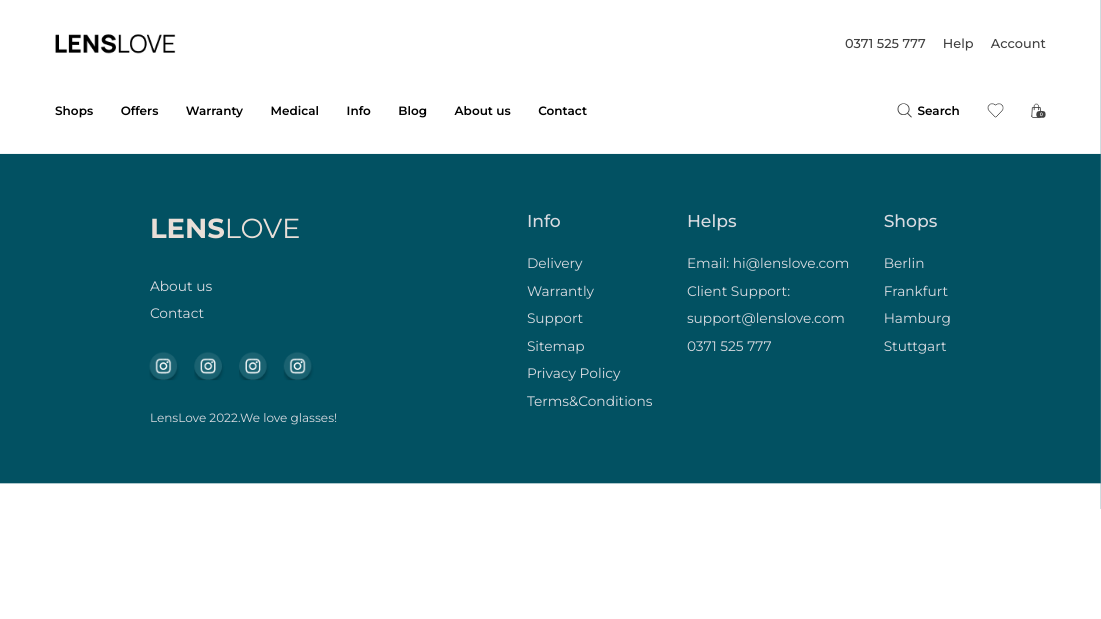
Repository: thienthanhvinh/glasses-react
Page: /shop
These files come from the project's save history. The page is drawn as it stood at one moment and after a run of saves; the edit follows.
The browser window is 1280 px wide. The pictures show the whole page, at 86% of full size.
The project was rebuilt for these pictures with package versions that can differ from the ones it lists, and the page was loaded fresh each time. Also part of the build but not shown: src/App.css, src/components/category/Category.js, src/components/common/Heading.js, src/components/intro/Intro.js, src/modules/GlassesGrid.js, src/modules/GlassesItem.js, src/modules/HeadlineImage.js, src/modules/HeadlineContent.js and 10 more.

Above is the page before, as saved 2023-02-13 20:07:03.

### public/index.html
<!DOCTYPE html>
<html lang="en">
  <head>
    <meta charset="utf-8" />
    <link rel="icon" href="%PUBLIC_URL%/favicon.ico" />
    <meta name="viewport" content="width=device-width, initial-scale=1" />
    <meta name="theme-color" content="#000000" />
    <meta
      name="description"
      content="Web site created using create-react-app"
    />
    <link rel="apple-touch-icon" href="%PUBLIC_URL%/logo192.png" />
    <!--
      manifest.json provides metadata used when your web app is installed on a
      user's mobile device or desktop. See https://developers.google.com/web/fundamentals/web-app-manifest/
    -->
    <link rel="manifest" href="%PUBLIC_URL%/manifest.json" />
    <!--
      Notice the use of %PUBLIC_URL% in the tags above.
      It will be replaced with the URL of the `public` folder during the build.
      Only files inside the `public` folder can be referenced from the HTML.

      Unlike "/favicon.ico" or "favicon.ico", "%PUBLIC_URL%/favicon.ico" will
      work correctly both with client-side routing and a non-root public URL.
      Learn how to configure a non-root public URL by running `npm run build`.
    -->
    <link href="https://fonts.googleapis.com/css2?family=Montserrat:wght@300;400;500;600;700&display=swap" rel="stylesheet">
    <title>React App</title>
  </head>
  <body>
    <noscript>You need to enable JavaScript to run this app.</noscript>
    <div id="root"></div>
    <!--
      This HTML file is a template.
      If you open it directly in the browser, you will see an empty page.

      You can add webfonts, meta tags, or analytics to this file.
      The build step will place the bundled scripts into the <body> tag.

      To begin the development, run `npm start` or `yarn start`.
      To create a production bundle, use `npm run build` or `yarn build`.
    -->
  </body>
</html>

### src/index.js
import React from 'react';
import ReactDOM from 'react-dom/client';
import './index.css';
import App from './App';
import reportWebVitals from './reportWebVitals';
import { BrowserRouter } from 'react-router-dom';
import { ToastContainer, toast } from 'react-toastify';
import 'react-toastify/dist/ReactToastify.css';

const root = ReactDOM.createRoot(document.getElementById('root'));
root.render(
  // <React.StrictMode>
  <BrowserRouter>
    <App />
    <ToastContainer></ToastContainer>
  </BrowserRouter>
  // </React.StrictMode>
);

// If you want to start measuring performance in your app, pass a function
// to log results (for example: reportWebVitals(console.log))
// or send to an analytics endpoint. Learn more: https://bit.ly/CRA-vitals
reportWebVitals();

### src/index.css
/* body {
  margin: 0;
  font-family: -apple-system, BlinkMacSystemFont, 'Segoe UI', 'Roboto', 'Oxygen',
    'Ubuntu', 'Cantarell', 'Fira Sans', 'Droid Sans', 'Helvetica Neue',
    sans-serif;
  -webkit-font-smoothing: antialiased;
  -moz-osx-font-smoothing: grayscale;
}

code {
  font-family: source-code-pro, Menlo, Monaco, Consolas, 'Courier New',
    monospace;
} */

@tailwind base;
@tailwind components;
@tailwind utilities;

body {
  font-family: 'Montserrat', sans-serif;
}
/* .darkmode-input:checked + div .darkmode-spinner {
  transform: translateX(33px);
} */
.active-light {
  transform: translateX(0px);
  transition: all 0.4s;
}
.active-dark {
  transform: translateX(33px);
  transition: all 0.4s;
}

/* .darkmode-input:checked + div {


} */

/* .darkmode-input:checked + div .darkmode-spinner {
  background-color: white;
} */

### src/App.js

import { Route, Routes } from 'react-router-dom';
import './App.css';
import HomePage from './pages/HomePage';
import ShopPage from './pages/ShopPage';
import SignInPage from './pages/SignInPage';
import SignUpPage from './pages/SignUpPage';

function App() {
  return (
    <Routes>
      <Route path='/sign-up' element={<SignUpPage></SignUpPage>}></Route>
      <Route path='/sign-in' element={<SignInPage></SignInPage>}></Route>
      <Route path='/' element={<HomePage></HomePage>}></Route>
      <Route path='/shop' element={<ShopPage></ShopPage>}></Route>
    </Routes>
  );
}

export default App;

### src/pages/ShopPage.js
import React from 'react';
import LayoutGlasses from '../layout/LayoutGlasses';

const ShopPage = () => {
    return (
        <>
            <LayoutGlasses>

            </LayoutGlasses>
        </>
    );
};

export default ShopPage;

### src/modules/Menu.js
import React from "react";
import { Link } from "react-router-dom";
import Navbar from "../components/navbar/Navbar";

const Menu = () => {
  return (
    <div className="py-10 px-16">
      <div className="flex items-center justify-between mb-14">
        <img src="/logo.png" alt="" className="w-[140px] h-auto object-cover" />
        <div className="flex gap-x-5 text-secondary-3 text-[15px] font-medium">
            <span>0371 525 777</span>
            <Link to="/">Help</Link>
            <Link to="/sign-in">Account</Link>
        </div>
      </div>
      <Navbar></Navbar>
    </div>
  );
};

export default Menu;

### src/modules/Footer.js
import React from "react";
import { Link } from "react-router-dom";

const Footer = () => {
  return (
    <div className="bg-primary flex justify-around px-16 py-16 text-gray-white">
      <div className="flex flex-col">
        <h2 className="text-secondary font-extrabold text-[32px] leading-[46px] mb-8">
          LENS<span className="font-normal">LOVE</span>
        </h2>
        <Link to="/about" className="mb-2">
          About us
        </Link>
        <Link to="contact" className="mb-8">
          Contact
        </Link>
        <div className="flex gap-x-4 mb-8">
          <span>
            <img src="/Instagram.png" alt="" />
          </span>
          <span>
            <img src="/Instagram.png" alt="" />
          </span>
          <span>
            <img src="/Instagram.png" alt="" />
          </span>
          <span>
            <img src="/Instagram.png" alt="" />
          </span>
        </div>
        <p className="text-[14px] leading-[24px]">
          LensLove 2022.We love glasses!
        </p>
      </div>
      <div className="flex gap-x-10">
        <div>
          <h3 className="font-medium text-xl mb-6">Info</h3>
          <div className="flex flex-col gap-y-2">
            <p>Delivery</p>
            <p>Warrantly</p>
            <p>Support</p>
            <p>Sitemap</p>
            <p>Privacy Policy</p>
            <p>Terms&Conditions</p>
          </div>
        </div>
        <div>
          <h3 className="font-medium text-xl mb-6">Helps</h3>
          <div className="flex flex-col gap-y-2">
            <p>Email: hi@lenslove.com</p>
            <p>Client Support:</p>
            <p>support@lenslove.com</p>
            <p>0371 525 777</p>
          </div>
        </div>
        <div>
          <h3 className="font-medium text-xl mb-6">Shops</h3>
          <div className="flex flex-col gap-y-2">
            <p>Berlin</p>
            <p>Frankfurt</p>
            <p>Hamburg</p>
            <p>Stuttgart</p>
          </div>
        </div>
      </div>
    </div>
  );
};

export default Footer;

### src/layout/LayoutGlasses.js
import React from 'react';
import Footer from '../modules/Footer';
import Menu from '../modules/Menu';

const LayoutGlasses = ({children}) => {
    return (
        <>
         <Menu></Menu>
            {children}
         <Footer></Footer>
        </>
    );
};

export default LayoutGlasses;

### src/components/navbar/Navbar.js
import React from "react";
import { Link } from "react-router-dom";

const Navbar = () => {
  return (
    <div className="flex">
      <ul className="flex text-sm font-semibold gap-x-8">
        <li>
          <Link to="/shop">Shops</Link>
        </li>
        <li>
          <Link to="/">Offers</Link>
        </li>
        <li>
          <Link to="/">Warranty</Link>
        </li>
        <li>
          <Link to="/">Medical</Link>
        </li>
        <li>
          <Link to="/">Info</Link>
        </li>
        <li>
          <Link to="/">Blog</Link>
        </li>
        <li>
          <Link to="/">About us</Link>
        </li>
        <li>
          <Link to="/">Contact</Link>
        </li>
      </ul>
      <div className="ml-auto flex items-center gap-x-8">
        <div className="flex gap-x-[6px] items-center">
          <svg
            width={18}
            height={17}
            viewBox="0 0 18 17"
            fill="none"
            xmlns="http://www.w3.org/2000/svg"
          >
            <path
              d="M17.153 15.747L12.8535 11.5161C13.9794 10.2929 14.6712 8.67509 14.6712 6.89489C14.6707 3.0867 11.534 0 7.66437 0C3.79477 0 0.658081 3.0867 0.658081 6.89489C0.658081 10.7031 3.79477 13.7898 7.66437 13.7898C9.3363 13.7898 10.8698 13.2115 12.0743 12.2501L16.3905 16.4976C16.6008 16.7047 16.9422 16.7047 17.1525 16.4976C17.3633 16.2904 17.3633 15.9541 17.153 15.747ZM7.66437 12.729C4.39027 12.729 1.7361 10.117 1.7361 6.89489C1.7361 3.67281 4.39027 1.06082 7.66437 1.06082C10.9385 1.06082 13.5926 3.67281 13.5926 6.89489C13.5926 10.117 10.9385 12.729 7.66437 12.729Z"
              fill="#414141"
            />
          </svg>
          <span className="text-sm font-semibold">Search</span>
        </div>
        <span>
          <svg
            width="19"
            height="17"
            viewBox="0 0 19 17"
            fill="none"
            xmlns="http://www.w3.org/2000/svg"
          >
            <path
              d="M2.14414 8.80841C0.111678 6.47788 0.614575 3.72661 2.23686 2.03652C3.85628 0.349414 6.5587 -0.245866 8.98238 1.79479L8.98243 1.79483C9.37299 2.12358 9.93842 2.1081 10.3148 1.781L10.3148 1.78097C12.5442 -0.15713 15.2905 0.329246 16.9821 1.956C17.8273 2.76872 18.3905 3.85299 18.4856 5.03784C18.5799 6.21232 18.2175 7.5254 17.1436 8.81679L10.2601 16.0112C9.92623 16.3602 9.36908 16.3602 9.03526 16.0113L2.14414 8.80841Z"
              stroke="#414141"
            />
          </svg>
        </span>
        <span>
          <svg
            width="17"
            height="18"
            viewBox="0 0 17 18"
            fill="none"
            xmlns="http://www.w3.org/2000/svg"
          >
            <path
              d="M0.672966 15.0244L1.47201 5.03632H10.653L11.452 15.0244C11.5228 15.9093 10.8238 16.6665 9.93602 16.6665H2.18895C1.30121 16.6665 0.602173 15.9093 0.672966 15.0244Z"
              stroke="#414141"
              stroke-linecap="round"
              stroke-linejoin="round"
            />
            <path
              d="M3.58252 7.56769V3.52604C3.58252 2.68402 4.08773 1 6.10856 1C8.12938 1 8.63459 2.68402 8.63459 3.52604V7.56769"
              stroke="#414141"
              stroke-linecap="round"
              stroke-linejoin="round"
            />
            <rect x="6" y="9" width="11" height="8" rx="4" fill="#414141" />
            <path
              d="M11.8424 15.084C11.5568 15.084 11.3048 15.0233 11.0864 14.902C10.868 14.7788 10.6972 14.608 10.574 14.3896C10.4527 14.1712 10.392 13.9192 10.392 13.6336V12.3344C10.392 12.0488 10.4527 11.7968 10.574 11.5784C10.6972 11.36 10.868 11.1901 11.0864 11.0688C11.3048 10.9456 11.5568 10.884 11.8424 10.884C12.128 10.884 12.3791 10.9456 12.5956 11.0688C12.814 11.1901 12.9848 11.36 13.108 11.5784C13.2312 11.7968 13.2928 12.0488 13.2928 12.3344V13.6336C13.2928 13.9192 13.2312 14.1712 13.108 14.3896C12.9848 14.608 12.814 14.7788 12.5956 14.902C12.3791 15.0233 12.128 15.084 11.8424 15.084ZM11.8424 14.4428C11.9843 14.4428 12.1131 14.4092 12.2288 14.342C12.3445 14.2729 12.436 14.1815 12.5032 14.0676C12.5704 13.9519 12.604 13.8231 12.604 13.6812V12.284C12.604 12.1403 12.5704 12.0115 12.5032 11.8976C12.436 11.7819 12.3445 11.6904 12.2288 11.6232C12.1131 11.5541 11.9843 11.5196 11.8424 11.5196C11.7005 11.5196 11.5717 11.5541 11.456 11.6232C11.3403 11.6904 11.2488 11.7819 11.1816 11.8976C11.1144 12.0115 11.0808 12.1403 11.0808 12.284V13.6812C11.0808 13.8231 11.1144 13.9519 11.1816 14.0676C11.2488 14.1815 11.3403 14.2729 11.456 14.342C11.5717 14.4092 11.7005 14.4428 11.8424 14.4428Z"
              fill="white"
            />
          </svg>
        </span>
      </div>
    </div>
  );
};

export default Navbar;

### tailwind.config.js
/** @type {import('tailwindcss').Config} */
module.exports = {
  content: [
    "./src/**/*.{js,jsx,ts,tsx}",
  ],
  darkMode: 'class',
  theme: {
    extend: {
      colors: {
        'color-1': "#808191",
        'color-2': "#2d3436",
        'primary' : '#025162',
        'secondary': '#EADFD8',
        'secondary-3': '#414141',
        'tertiary' : '#E75313',
        'lens': '#D4E1F4',
        'gray-white': '#D9DBE1',
        'dark-text-primary': '#dfe6e9',
        'dark-color' : '#4e4f50',
        'dark-secon-color': '#2d3436',
        'dark-third-color': '#3a3a3a',
        'dark-four-color' : '#242526',
        'dark-five-color' : '#3A3A3A',

      }
    },
  },
  plugins: [],
}

### src/components/sales/SpringSales.js
import React from 'react';
import Button from '../button/Button';

const SpringSales = () => {
    return (
        <div className='bg-secondary h-[700px] w-full flex items-center justify-between'>
            <div className='ml-[112px]'>
                <h2 className='text-primary text-[70px] font-extrabold leading-[98px]'>Spring Sale</h2>
                <p className='text-primary text-[50px] font-medium leading-[68px] mb-[48px]'>Up to -40%</p>
                <Button className='text-white bg-primary rounded-lg px-8 py-2 text-lg'>See offer</Button>
            </div>
            <div className='h-[700px]'>
                <img src="/photo1.png" alt="" className='w-full h-auto object-cover' />
            </div>
        </div>
    );
};

export default SpringSales;

### src/components/button/Button.js
import React from 'react';

const Button = ({type, children, className=''}) => {
    return (
        <button type='submit' className={`bg-primary text-white ${className} rounded-lg px-3 py-3 font-medium`}>
            {children}
        </button>
    );
};

export default Button;

Loaded but not shown: src/reportWebVitals.js (common file)

After the next 4 saves:
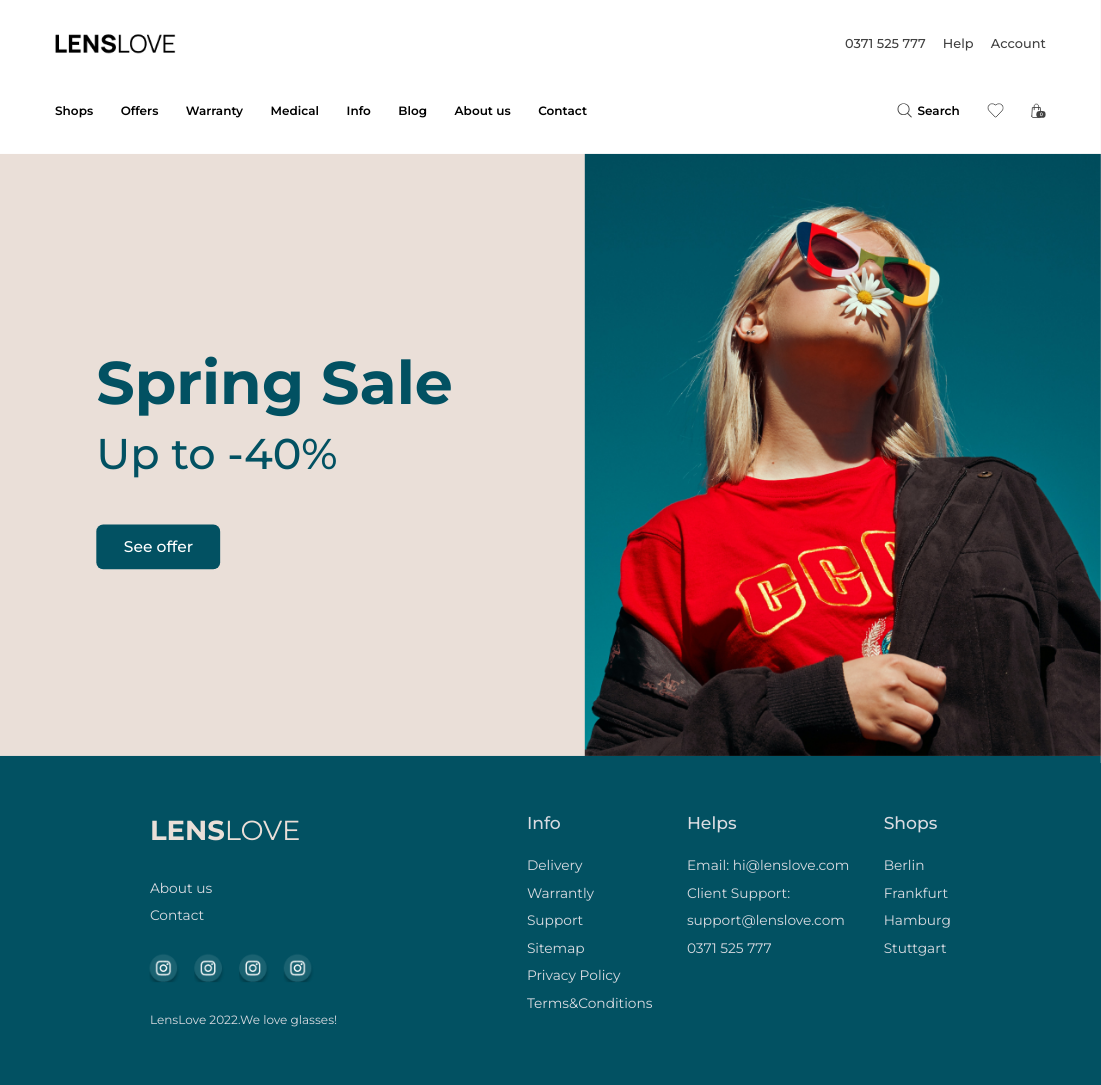
The 4 saves are shown as one change because they came seconds apart.
The last was saved 16 s later.
--- a/src/pages/ShopPage.js
+++ b/src/pages/ShopPage.js
@@ -1,11 +1,12 @@
 import React from 'react';
+import SpringSales from '../components/sales/SpringSales';
 import LayoutGlasses from '../layout/LayoutGlasses';
 
 const ShopPage = () => {
     return (
         <>
             <LayoutGlasses>
-
+                <SpringSales></SpringSales>
             </LayoutGlasses>
         </>
     );

After the save that followed:
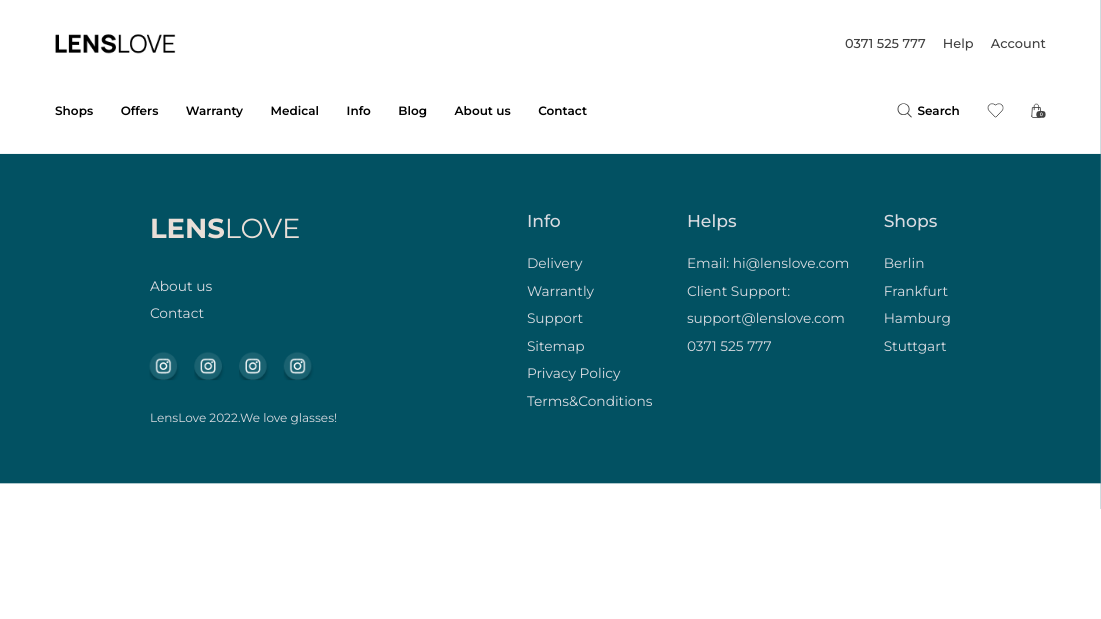
Saved 31 s later.
--- a/src/pages/ShopPage.js
+++ b/src/pages/ShopPage.js
@@ -6,7 +6,7 @@
     return (
         <>
             <LayoutGlasses>
-                <SpringSales></SpringSales>
+
             </LayoutGlasses>
         </>
     );
